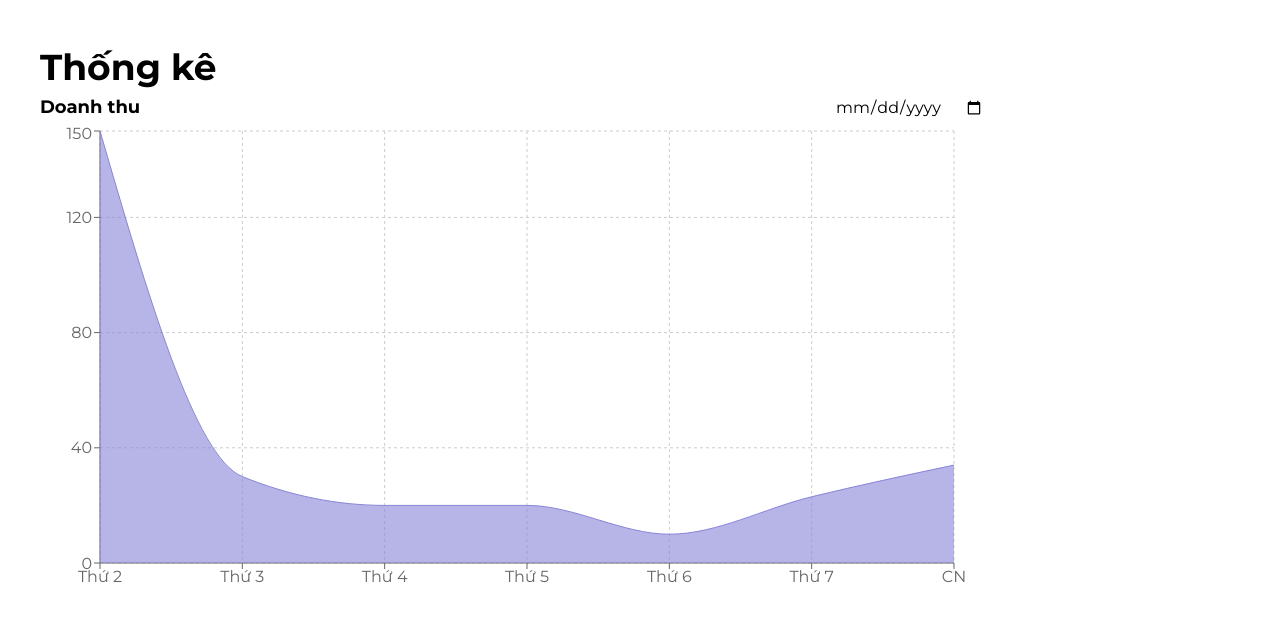
Repository: iphoneboy46/AltaMediaCMS
Page: /
The author's editor kept a copy of each file at every save. The page is drawn from the files as they stood at one save, then again after the next save.
The browser window is 1280 px wide. The pictures show the whole page.
Some web libraries are served in a nearby version. The project was rebuilt for these pictures with package versions that can differ from the ones it lists, and the page was loaded fresh each time.

Above is the page before, as saved 2023-03-26 22:06:37.

### public/index.html
<!DOCTYPE html>
<html lang="en">
  <head>
    <meta charset="utf-8" />
    <link rel="icon" href="%PUBLIC_URL%/favicon.ico" />
    <meta name="viewport" content="width=device-width, initial-scale=1" />
    <meta name="theme-color" content="#000000" />
    <meta
      name="description"
      content="Web site created using create-react-app"
    />
    <link rel="apple-touch-icon" href="%PUBLIC_URL%/logo192.png" />
    <!--
      manifest.json provides metadata used when your web app is installed on a
      user's mobile device or desktop. See https://developers.google.com/web/fundamentals/web-app-manifest/
    -->
    <link rel="manifest" href="%PUBLIC_URL%/manifest.json" />
    <!--
      Notice the use of %PUBLIC_URL% in the tags above.
      It will be replaced with the URL of the `public` folder during the build.
      Only files inside the `public` folder can be referenced from the HTML.

      Unlike "/favicon.ico" or "favicon.ico", "%PUBLIC_URL%/favicon.ico" will
      work correctly both with client-side routing and a non-root public URL.
      Learn how to configure a non-root public URL by running `npm run build`.
    -->
    <link rel="stylesheet" href="https://cdnjs.cloudflare.com/ajax/libs/font-awesome/6.3.0/css/all.min.css" integrity="sha512-SzlrxWUlpfuzQ+pcUCosxcglQRNAq/DZjVsC0lE40xsADsfeQoEypE+enwcOiGjk/bSuGGKHEyjSoQ1zVisanQ==" crossorigin="anonymous" referrerpolicy="no-referrer" />
    <title>React App</title>
  </head>
  <body>
    <noscript>You need to enable JavaScript to run this app.</noscript>
    <div id="root"></div>
    <!--
      This HTML file is a template.
      If you open it directly in the browser, you will see an empty page.

      You can add webfonts, meta tags, or analytics to this file.
      The build step will place the bundled scripts into the <body> tag.

      To begin the development, run `npm start` or `yarn start`.
      To create a production bundle, use `npm run build` or `yarn build`.
    -->
  </body>
</html>

### src/App.tsx

import './App.css';
import Home from './components/Home/Home';
import MenuBar from './components/Menu/MenuBar';

function App() {
  return (
    <div className="App">
      {/* <MenuBar /> */}
      <Home />
    </div>
  );
}

export default App;

### src/App.css
@import url('https://fonts.googleapis.com/css2?family=Montserrat:wght@300;400;500;700&display=swap');

*{
  margin: 0;
  padding: 0;
  box-sizing: border-box;
  font-family: 'Montserrat', sans-serif;
}

### src/components/Home/Home.tsx
import React from 'react'
import Charts from '../Charts/Charts'

function Home() {
  return (
    <div className="w-[80%] bg-[white] p-10">
        <div className="">
            <h1 className="text-[black] text-[36px] font-[700]">Thống kê</h1>
        </div>
        <div className="flex items-center justify-between">
           <div> <h2 className="text-[black] text-[18px] font-[600]">Doanh thu</h2></div>
           <div>
             <input className="" type="date" value="" />
           </div>
        </div>
        <Charts />
    </div>
  )
}

export default Home

### src/components/Charts/Charts.tsx
import React from "react";
import {
  AreaChart,
  Area,
  XAxis,
  YAxis,
  CartesianGrid,
  Tooltip,
  ResponsiveContainer,
} from "recharts";
function Charts() {
  const data = [
    {
      name2 : "260tr",
      name: "Thứ 2",
      uv: 150,

    },
    {
      name: "Thứ 3",
      uv: 30,

    },
    {
      name: "Thứ 4",
      uv: 20,

    },
    {
      name: "Thứ 5",
      uv: 20,

    },
    {
      name: "Thứ 6",
      uv: 10,

    },
    {
      name: "Thứ 7",
      uv: 23,

    },
    {
      name: "CN",
      uv: 34,

    },
  ];

  return (
    <div className="w-[100%] h-[100%] bg-yellowMain">
      <ResponsiveContainer width="100%" aspect={2}>
        <AreaChart
          width={500}
          height={400}
          data={data}
          margin={{
            top: 10,
            right: 30,
            left: 0,
            bottom: 0,
          }}
        >
          <CartesianGrid strokeDasharray="3 3" />
          <XAxis dataKey="name" />
          <YAxis type="number" domain={["0tr", "260tr"]} />
          <Tooltip />
          <Area
            type="monotone"
            dataKey="uv"
            stackId="1"
            stroke="#8884d8"
            fill="#8884d8"
          />
        </AreaChart>
      </ResponsiveContainer>
    </div>
  );
}

export default Charts;

### tailwind.config.js

module.exports = {
  content: [
    "./src/**/*.{js,jsx,ts,tsx}",
    ],
  theme: {
    extend: {},
    colors:{
        'yellowMain':"#FFB800",
         'background' :"#E5E5E5"

    }
  },
  plugins: [],
}

Loaded but not shown: src/index.tsx (common file); src/index.css (common file); src/reportWebVitals.ts (common file)

After the next save:
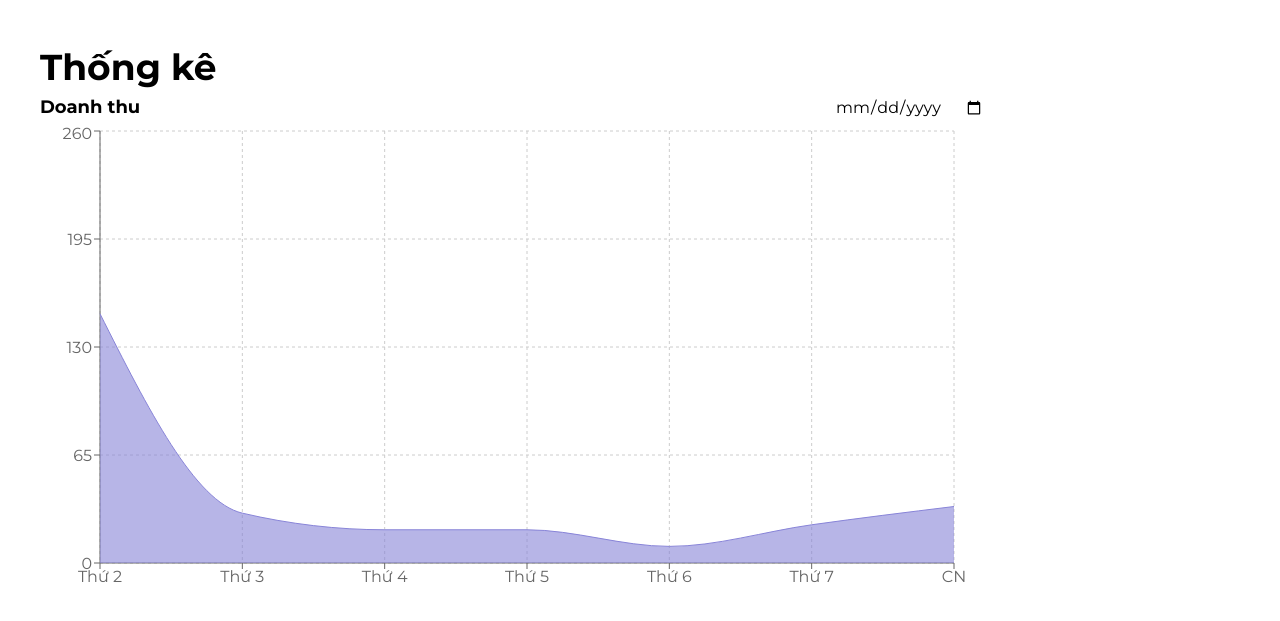
Saved 31 s later.
--- a/src/components/Charts/Charts.tsx
+++ b/src/components/Charts/Charts.tsx
@@ -64,7 +64,7 @@ function Charts() {
         >
           <CartesianGrid strokeDasharray="3 3" />
           <XAxis dataKey="name" />
-          <YAxis type="number" domain={["0tr", "260tr"]} />
+          <YAxis type="number" domain={[0, 260]} />
           <Tooltip />
           <Area
             type="monotone"
